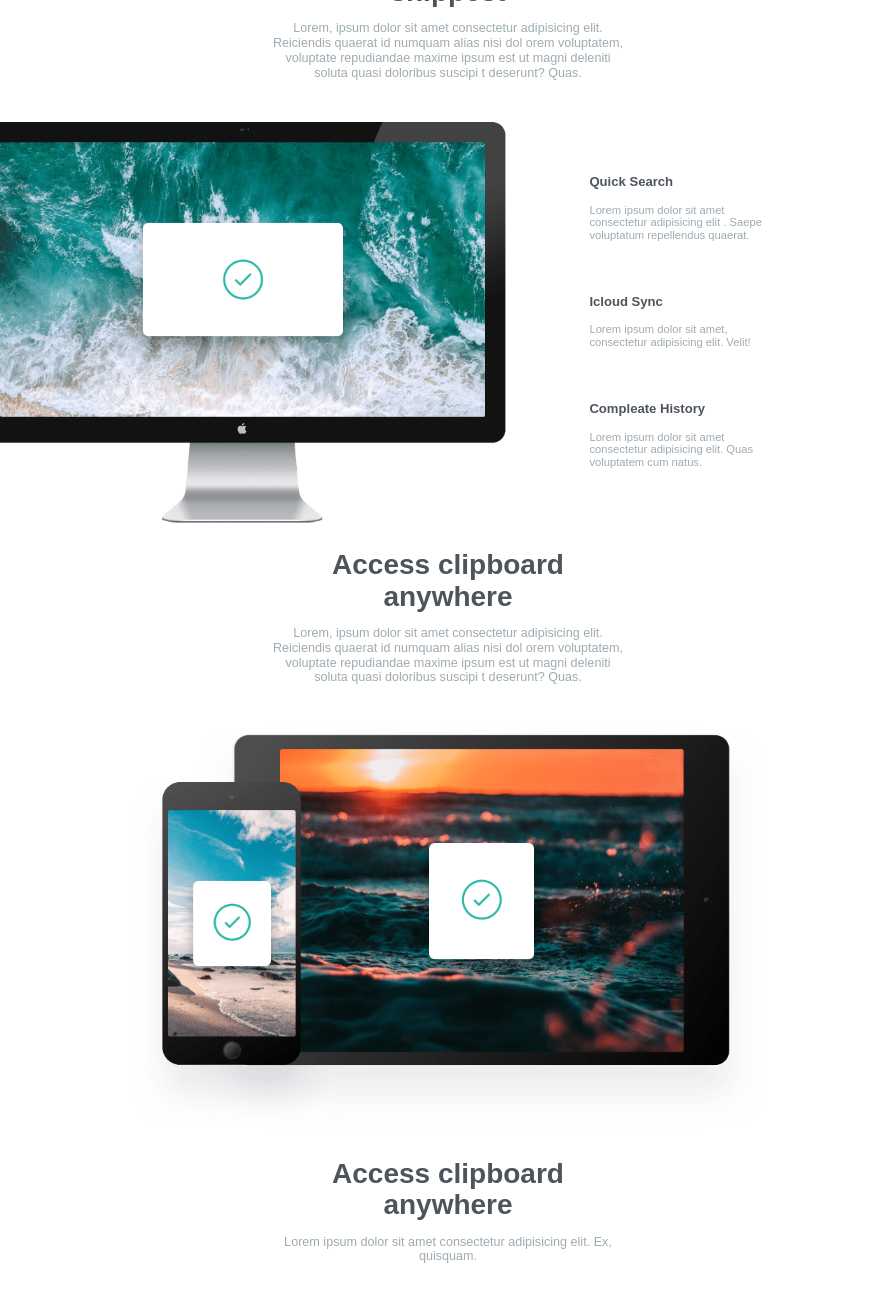
Repository: AbuMulla-Mohammad/clipboard
Page: index.html
These files come from the project's save history. The page is drawn as it stood at one moment and after the next save; the edit follows.
The browser window is 1280 px wide. The pictures show the part of the page from y = 695 to 2615 px (the page is 2561 px tall before and 2615 px after), at 70% of full size.
Some web fonts or font styles are not loaded; a fallback is used.

Above is the page before, as saved 2023-11-01 10:54:52.

After the next save:
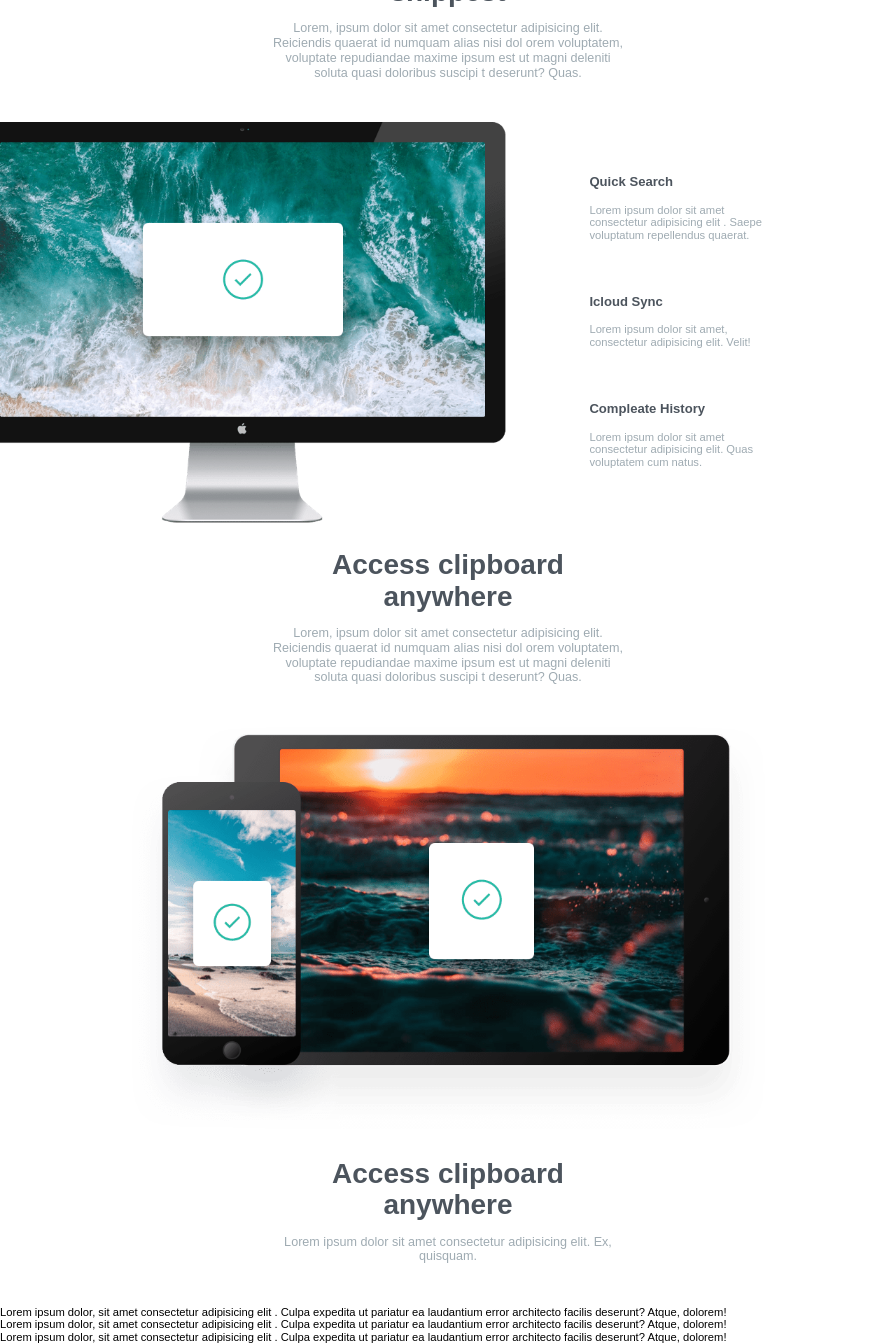
Saved 89 s later.
--- a/index.html
+++ b/index.html
@@ -89,6 +89,29 @@
         </p>
 
     </div>
+    <div class="workflow-items">
+        <div class="item">
+            <img src="" alt="">
+            <h3></h3>
+            <p>Lorem ipsum dolor, sit amet consectetur adipisicing elit
+                . Culpa expedita ut pariatur ea laudantium
+                error architecto facilis deserunt? Atque, dolorem!</p>
+        </div>
+        <div class="item">
+            <img src="" alt="">
+            <h3></h3>
+            <p>Lorem ipsum dolor, sit amet consectetur adipisicing elit
+                . Culpa expedita ut pariatur ea laudantium
+                error architecto facilis deserunt? Atque, dolorem!</p>
+        </div>
+        <div class="item">
+            <img src="" alt="">
+            <h3></h3>
+            <p>Lorem ipsum dolor, sit amet consectetur adipisicing elit
+                . Culpa expedita ut pariatur ea laudantium
+                error architecto facilis deserunt? Atque, dolorem!</p>
+        </div>
+    </div>
 </div>
 <!-- end workflow -->
 
